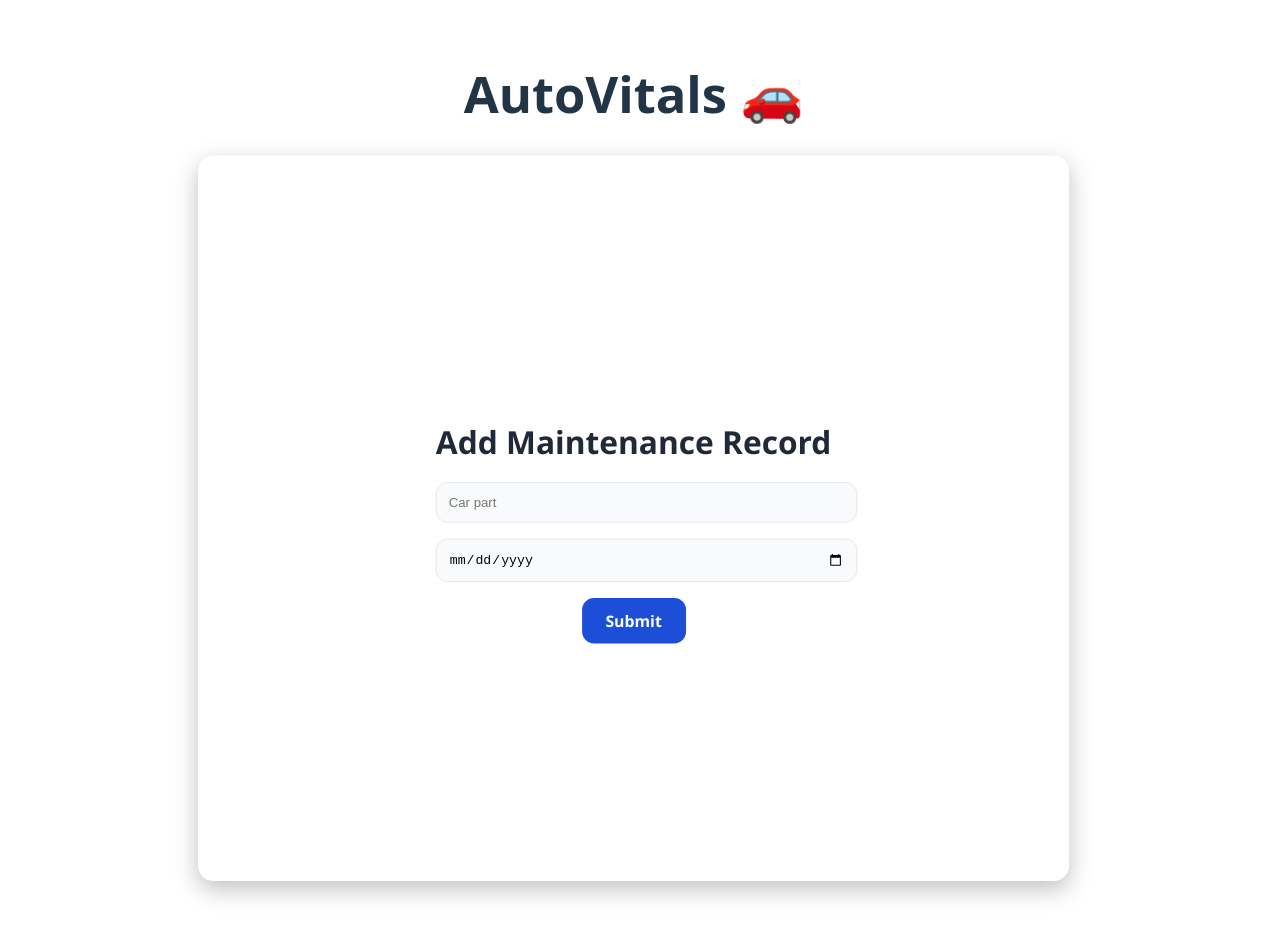
Repository: YoussefAzmires/wevdebautovitals
Page: /search (app in frontend/)
The author's editor kept a copy of each file at every save. The page is drawn from the files as they stood at one save, then again after the next save.
The browser window is 1280 px wide. The pictures show the whole page, at 99% of full size.
The pointer rests on the first visible `form button`.
The project was rebuilt for these pictures with package versions that can differ from the ones it lists, and the page was loaded fresh each time. Also part of the build but not shown: frontend/vite.config.ts.

Above is the page before, as saved 2025-04-13 15:55:21.

After the next save:
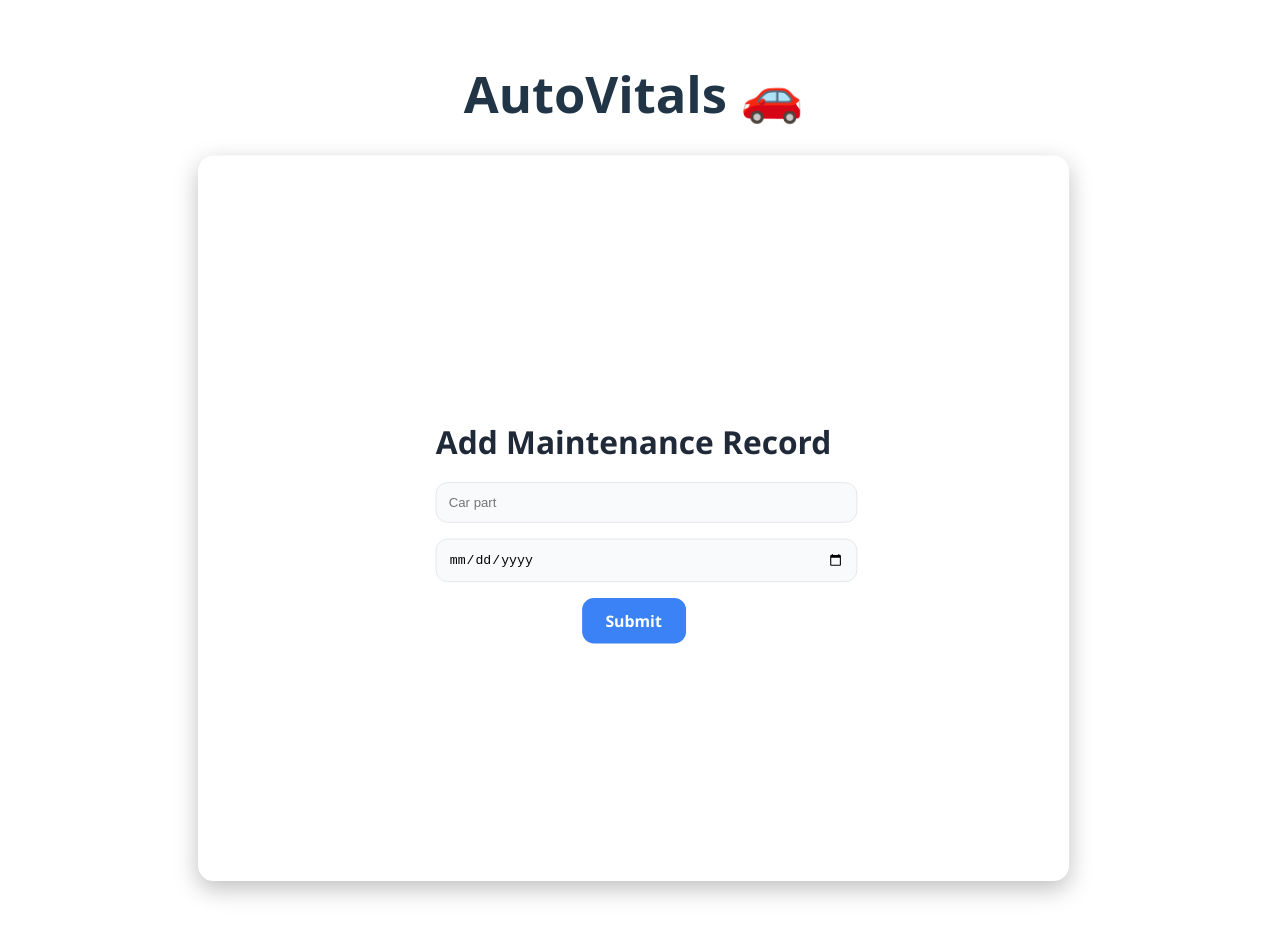
Saved 12 s later.
--- a/frontend/src/components/AddMaintenanceRecordsForm/AddMaintenanceRecordsForm.css
+++ b/frontend/src/components/AddMaintenanceRecordsForm/AddMaintenanceRecordsForm.css
@@ -35,6 +35,10 @@ form button{
   transition: background-color 0.2s ease-in-out;
 }
 
+form button:hover{
+  background-color: #3b82f6;
+}
+
 label {
   display: block;
   margin-bottom: 0.25rem;
